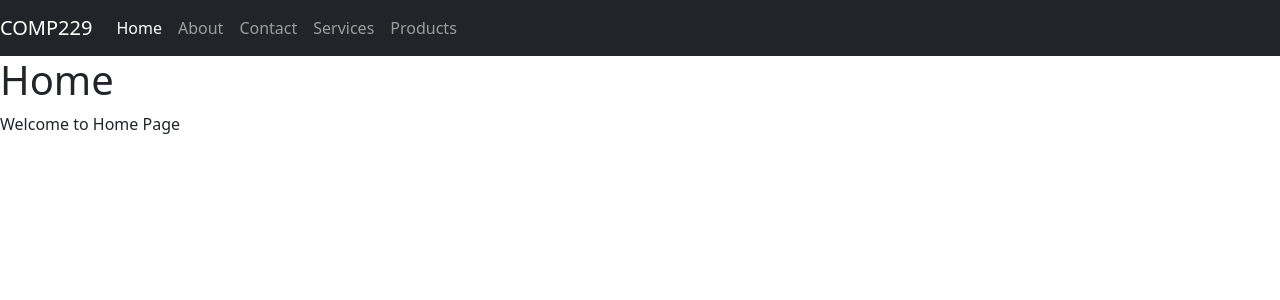
Repository: kaletejas/COMP229_Portfolio
Page: http://localhost/
These files come from the project's save history. The page is drawn as it stood at one moment and after the next save; the edit follows.
The browser window is 1280 px wide. The pictures show the whole page.
The page is served by the project's Node server (server.js).

Above is the page before, as saved 2023-01-25 20:58:50.

After the next save:
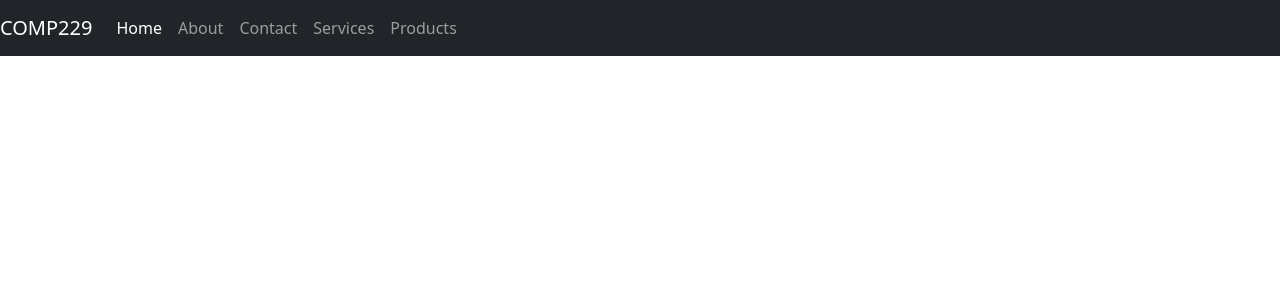
Saved 29 s later.
--- a/WEEK3/views/index.ejs
+++ b/WEEK3/views/index.ejs
@@ -38,7 +38,7 @@
         </li>
 
     </div>
-  </!--div>
+  <!--div>
 </nav>
   <h1><%= title %></h1>
   <p>Welcome to <%= title %> Page</p>

After the 2 saves that followed:
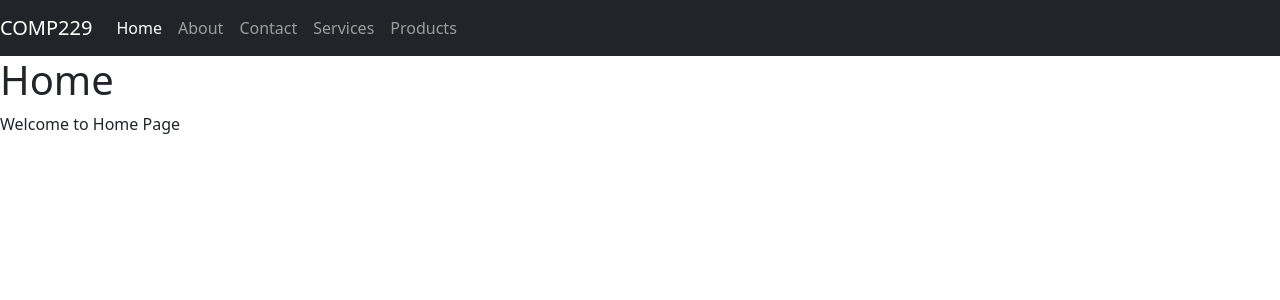
The 2 saves are shown as one change because 1 left the picture as it was.
The last was saved 9 s later.
--- a/WEEK3/views/index.ejs
+++ b/WEEK3/views/index.ejs
@@ -38,7 +38,7 @@
         </li>
 
     </div>
-  <!--div>
+  <!----div-->
 </nav>
   <h1><%= title %></h1>
   <p>Welcome to <%= title %> Page</p>
